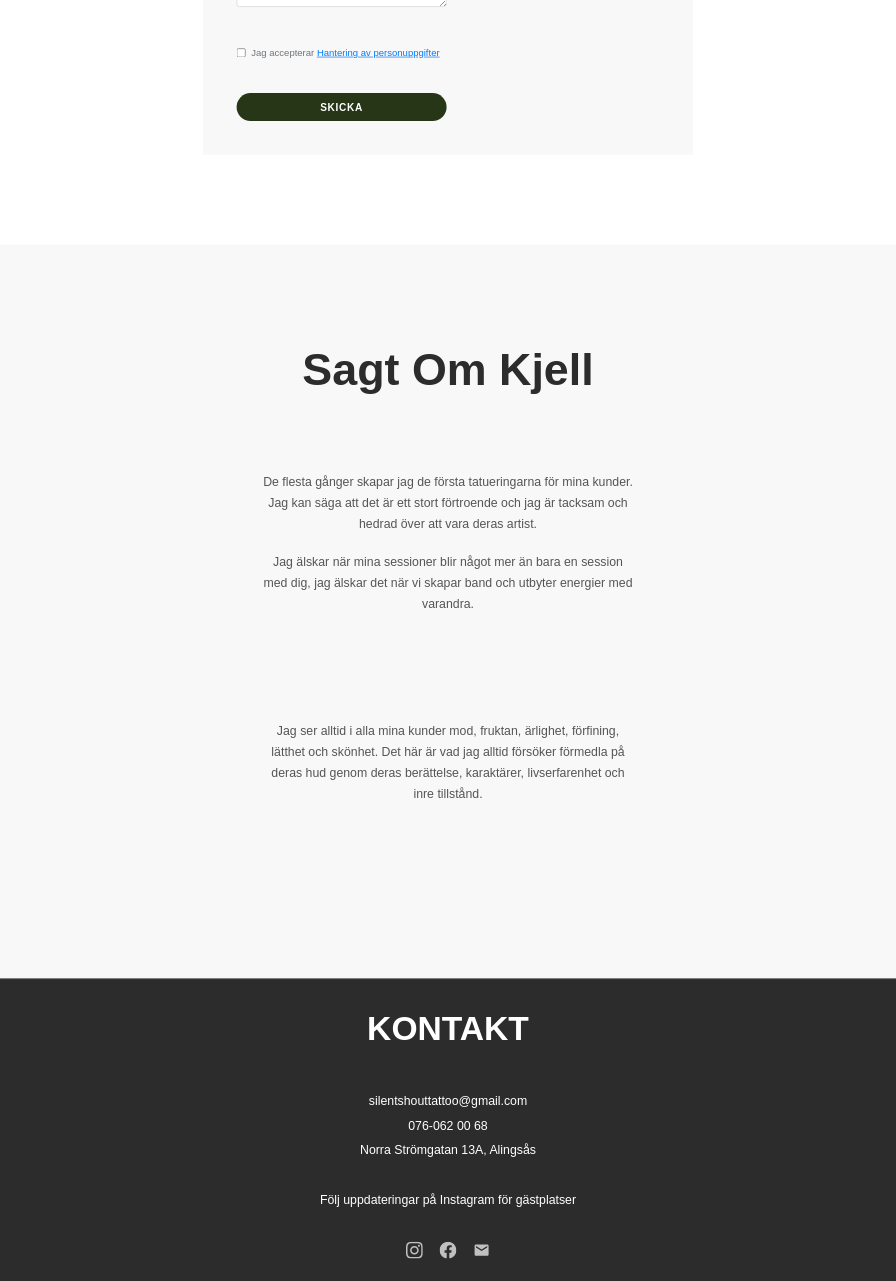
Repository: public-websites/silentshouttattoose
Page: index.html
An editor plug-in stored every save of this project. The page is shown before and after the next save, followed by the edit.
The browser window is 1280 px wide. The pictures show the part of the page from y = 4340 to 6260 px (the page is 6170 px tall before and 6260 px after), at 70% of full size.

Above is the page before, as saved 2025-06-26 09:12:00.

### index.html
<!DOCTYPE html>
<html lang="sv">
<head>
    <meta charset="UTF-8">
    <meta name="viewport" content="width=device-width, initial-scale=1.0">
    <title>Silent Shout - Den omtänksamma studion</title>
    <link rel="stylesheet" href="styles.css">
</head>
<body>
    <header class="social-header">
        <div class="container">
            <div class="social-icons">
                <a href="https://instagram.com" target="_blank" class="social-icon" aria-label="Instagram">
                    <svg viewBox="0 0 24 24" fill="currentColor">
                        <path d="M12 2.163c3.204 0 3.584.012 4.85.07 3.252.148 4.771 1.691 4.919 4.919.058 1.265.069 1.645.069 4.849 0 3.205-.012 3.584-.069 4.849-.149 3.225-1.664 4.771-4.919 4.919-1.266.058-1.644.07-4.85.07-3.204 0-3.584-.012-4.849-.07-3.26-.149-4.771-1.699-4.919-4.92-.058-1.265-.07-1.644-.07-4.849 0-3.204.013-3.583.07-4.849.149-3.227 1.664-4.771 4.919-4.919 1.266-.057 1.645-.069 4.849-.069zm0-2.163c-3.259 0-3.667.014-4.947.072-4.358.2-6.78 2.618-6.98 6.98-.059 1.281-.073 1.689-.073 4.948 0 3.259.014 3.668.072 4.948.2 4.358 2.618 6.78 6.98 6.98 1.281.058 1.689.072 4.948.072 3.259 0 3.668-.014 4.948-.072 4.354-.2 6.782-2.618 6.979-6.98.059-1.28.073-1.689.073-4.948 0-3.259-.014-3.667-.072-4.947-.196-4.354-2.617-6.78-6.979-6.98-1.281-.059-1.69-.073-4.949-.073zm0 5.838c-3.403 0-6.162 2.759-6.162 6.162s2.759 6.163 6.162 6.163 6.162-2.759 6.162-6.163c0-3.403-2.759-6.162-6.162-6.162zm0 10.162c-2.209 0-4-1.79-4-4 0-2.209 1.791-4 4-4s4 1.791 4 4c0 2.21-1.791 4-4 4zm6.406-11.845c-.796 0-1.441.645-1.441 1.44s.645 1.44 1.441 1.44c.795 0 1.439-.645 1.439-1.44s-.644-1.44-1.439-1.44z"/>
                    </svg>
                </a>
                <a href="https://facebook.com" target="_blank" class="social-icon" aria-label="Facebook">
                    <svg viewBox="0 0 24 24" fill="currentColor">
                        <path d="M24 12.073c0-6.627-5.373-12-12-12s-12 5.373-12 12c0 5.99 4.388 10.954 10.125 11.854v-8.385H7.078v-3.47h3.047V9.43c0-3.007 1.792-4.669 4.533-4.669 1.312 0 2.686.235 2.686.235v2.953H15.83c-1.491 0-1.956.925-1.956 1.874v2.25h3.328l-.532 3.47h-2.796v8.385C19.612 23.027 24 18.062 24 12.073z"/>
                    </svg>
                </a>
                <a href="mailto:info@inksoul.se" class="social-icon" aria-label="Email">
                    <svg viewBox="0 0 24 24" fill="currentColor">
                        <path d="M20 4H4c-1.1 0-1.99.9-1.99 2L2 18c0 1.1.9 2 2 2h16c1.1 0 2-.9 2-2V6c0-1.1-.9-2-2-2zm0 4l-8 5-8-5V6l8 5 8-5v2z"/>
                    </svg>
                </a>
            </div>
        </div>
    </header>

    <section class="hero">
        <div class="container">
            <div class="hero-text">
                <p class="hero-quote">Jag känner din energi och överför den till den dyraste duken i världen –</p>
                <h1 class="studio-name">Silent<br>Shout</h1>
                <p class="studio-tagline">Tatueringsartist & konstnär</p>
                <p class="location">Baserad i Alingsås</p>
                <a href="#booking" class="cta-button">Skicka förfrågan</a>
            </div>
        </div>
    </section>

    <section class="story-section">
        <div class="container">
            <div class="story-content fade-in">
                <p class="story-text">
                    Jag älskar att arbeta med människor och skapa något från noll som kommer att finnas kvar för alltid på den mänskliga kroppen.
                    Jag gör freehand och freestyle-tatueringar – det handlar om frihet och känsla.
                </p>
                <p class="story-text">
                    Alla har sin egen speciella energi som jag läser under våra första 15 minuter när vi träffas:
                    Hur du ler, hur du pratar, hur du känner dig. Då kommer en bild i mitt huvud där jag redan kan se den framtida designen för ditt projekt.
                </p>
                <p class="story-highlight">
                    Processen för mig är alltid som om vi dansar och känner varandra, och då kommer något unikt för dig och för mig.
                </p>
            </div>
        </div>
    </section>

    <section class="large-text-section">
        <div class="container">
            <h2 class="large-text split fade-in">
                Känsligt
                <span>Käns-</span>
                <span>Ligt</span>
            </h2>
        </div>

        <!-- Animated GIF Element -->
        <div class="animated-gif">
            <img src="https://media2.giphy.com/media/v1.Y2lkPTc5MGI3NjExbzJpbTR2cWllN2oxamhwMTZ6MjFmYzZ1czZ1b2Y0cXg3MmRrZDRkbiZlcD12MV9pbnRlcm5hbF9naWZfYnlfaWQmY3Q9Zw/3ohs7UJi7uqAcquQoM/giphy.gif" alt="Animated line drawing" />
        </div>
    </section>

    <section class="philosophy-section">
        <div class="container">
            <p class="philosophy-text fade-in">
                Förtroende för artisten börjar med förtroende för världen. Mitt mål är att inspirera tro på dig själv,
                framtiden och livet självt genom tatueringar. Jag vill förmedla ett budskap genom min konst att du är fri och fri alltid och överallt.
            </p>
        </div>
    </section>

    <section class="large-text-section">
        <div class="container">
            <h2 class="large-text split fade-in">
                Din
                <span>Värde-</span>
                <span>Fulla</span>
            </h2>
        </div>

        <!-- Animated SVG Drawing Element -->
        <div class="animated-drawing">
            <svg viewBox="0 0 200 200" xmlns="http://www.w3.org/2000/svg">
                <path d="M50,100 Q100,50 150,100 Q100,150 50,100" />
                <path d="M80,70 Q100,90 120,70 Q100,50 80,70" />
                <path d="M80,130 Q100,110 120,130 Q100,150 80,130" />
                <path d="M100,80 L100,120 M80,100 L120,100" />
            </svg>
        </div>
    </section>

    <section class="booking-section" id="booking">
        <div class="container">
            <h2 class="booking-title fade-in">Låt oss vibba tillsammans</h2>
            <div class="form-container fade-in">
                <div class="form-intro">
                    <h3>Skapa din historia</h3>
                    <p>Berätta för mig om din vision, din energi, din berättelse. Jag kommer att skapa något unikt bara för dig.</p>
                </div>

                <!-- Profil och kontaktinfo sida vid sida -->
                <div class="profile-contact-row">
                    <div class="profile-image-wrapper">
                        <img src="profile.jpg" alt="Silent Shout Tattoo Artist" class="profile-image">
                    </div>
                    <div class="profile-contact-info">
                        <div class="contact-info-section">
                            <h4>Telefon</h4>
                            <p><a href="tel:0760620068">076-062 00 68</a></p>
                        </div>
                        <div class="contact-info-section">
                            <h4>E-post</h4>
                            <p><a href="mailto:silentshouttattoo@gmail.com">silentshouttattoo@gmail.com</a></p>
                        </div>
                        <div class="opening-hours">
                            <h4>Öppettider</h4>
                            <p>Vardagar 10.00 — 17.00</p>
                            <p>Lördagar vid bokad tid</p>
                        </div>
                    </div>
                </div>

                <!-- Form Toggle Buttons -->
                <div class="form-toggle">
                    <button class="toggle-btn active" data-form="custom">Snabbformulär</button>
                    <button class="toggle-btn" data-form="google">Detaljerat Formulär</button>
                </div>

                <!-- Custom Form -->
                <form class="custom-form" id="contactForm">
                    <div class="form-intro">
                        <h3>Har du frågor eller vill du boka tid? Fyll i formuläret så kontaktar vi dig så fort vi kan.</h3>
                    </div>

                    <div class="form-fields">
                        <div class="form-row">
                            <div class="form-group">
                                <label for="name">Namn</label>
                                <input type="text" id="name" name="name" required>
                            </div>

                            <div class="form-group">
                                <label for="email">E-post</label>
                                <input type="email" id="email" name="email" required>
                            </div>
                        </div>

                        <div class="form-row">
                            <div class="form-group">
                                <label for="phone">Telefon</label>
                                <input type="tel" id="phone" name="phone">
                            </div>

                            <div class="form-group">
                                <label for="message">Meddelande</label>
                                <textarea id="message" name="message" rows="4"></textarea>
                            </div>
                        </div>

                        <div class="checkbox-group">
                            <input type="checkbox" id="privacy" name="privacy" required>
                            <label for="privacy">
                                Jag accepterar <a href="#" target="_blank">Hantering av personuppgifter</a>
                            </label>
                        </div>

                        <button type="submit" class="submit-button">SKICKA</button>
                    </div>
                </form>

                <!-- Google Forms Container -->
                <div class="google-form-container" style="display: none;">
                    <div class="form-loading" id="formLoading">
                        <div class="spinner"></div>
                        <p>laddar formulär...</p>
                    </div>

                    <iframe
                        src="https://docs.google.com/forms/d/e/1FAIpQLSe5F3VtygnRylmXwHNeTswBMIdDoRpoEf7FgPYu2_uIHeA4zQ/viewform?embedded=true&vc=0&c=0&w=1&flr=0"
                        frameborder="0"
                        marginheight="0"
                        marginwidth="0"
                        onload="hideLoading()"
                        style="display: none;"
                        id="bookingForm">
                        Laddar...
                    </iframe>
                </div>
            </div>
        </div>
    </section>

    <section class="stories-section">
        <div class="container">
            <h2 class="stories-title fade-in">Sagt om Kjell</h2>

            <div class="story-card fade-in">
                <p>
                    De flesta gånger skapar jag de första tatueringarna för mina kunder. Jag kan säga att det är ett stort förtroende och jag är tacksam och hedrad över att vara deras artist.
                </p>
                <p>
                    Jag älskar när mina sessioner blir något mer än bara en session med dig, jag älskar det när vi skapar band och utbyter energier med varandra.
                </p>
            </div>

            <div class="story-card fade-in">
                <p>
                    Jag ser alltid i alla mina kunder mod, fruktan, ärlighet, förfining, lätthet och skönhet.
                    Det här är vad jag alltid försöker förmedla på deras hud genom deras berättelse, karaktärer, livserfarenhet och inre tillstånd.
                </p>
            </div>
        </div>
    </section>

    <footer class="social-footer">
        <div class="container">
            <h2 class="contact-title">Kontakt</h2>
            <div class="contact-info">
                <p><a href="mailto:silentshouttattoo@gmail.com">silentshouttattoo@gmail.com</a></p>
                <p><a href="tel:0760620068">076-062 00 68</a></p>
                <p>Norra Strömgatan 13A, Alingsås</p>
                <br>
                <p style="padding-bottom: 1.5em;"><a href="https://instagram.com" target="_blank">Följ uppdateringar på Instagram för gästplatser</a></p>
            </div>
            <div class="social-icons">
                <a href="https://instagram.com" target="_blank" class="social-icon" aria-label="Instagram">
                    <svg viewBox="0 0 24 24" fill="currentColor">
                        <path d="M12 2.163c3.204 0 3.584.012 4.85.07 3.252.148 4.771 1.691 4.919 4.919.058 1.265.069 1.645.069 4.849 0 3.205-.012 3.584-.069 4.849-.149 3.225-1.664 4.771-4.919 4.919-1.266.058-1.644.07-4.85.07-3.204 0-3.584-.012-4.849-.07-3.26-.149-4.771-1.699-4.919-4.92-.058-1.265-.07-1.644-.07-4.849 0-3.204.013-3.583.07-4.849.149-3.227 1.664-4.771 4.919-4.919 1.266-.057 1.645-.069 4.849-.069zm0-2.163c-3.259 0-3.667.014-4.947.072-4.358.2-6.78 2.618-6.98 6.98-.059 1.281-.073 1.689-.073 4.948 0 3.259.014 3.668.072 4.948.2 4.358 2.618 6.78 6.98 6.98 1.281.058 1.689.072 4.948.072 3.259 0 3.668-.014 4.948-.072 4.354-.2 6.782-2.618 6.979-6.98.059-1.28.073-1.689.073-4.948 0-3.259-.014-3.667-.072-4.947-.196-4.354-2.617-6.78-6.979-6.98-1.281-.059-1.69-.073-4.949-.073zm0 5.838c-3.403 0-6.162 2.759-6.162 6.162s2.759 6.163 6.162 6.163 6.162-2.759 6.162-6.163c0-3.403-2.759-6.162-6.162-6.162zm0 10.162c-2.209 0-4-1.79-4-4 0-2.209 1.791-4 4-4s4 1.791 4 4c0 2.21-1.791 4-4 4zm6.406-11.845c-.796 0-1.441.645-1.441 1.44s.645 1.44 1.441 1.44c.795 0 1.439-.645 1.439-1.44s-.644-1.44-1.439-1.44z"/>
                    </svg>
                </a>
                <a href="https://facebook.com" target="_blank" class="social-icon" aria-label="Facebook">
                    <svg viewBox="0 0 24 24" fill="currentColor">
                        <path d="M24 12.073c0-6.627-5.373-12-12-12s-12 5.373-12 12c0 5.99 4.388 10.954 10.125 11.854v-8.385H7.078v-3.47h3.047V9.43c0-3.007 1.792-4.669 4.533-4.669 1.312 0 2.686.235 2.686.235v2.953H15.83c-1.491 0-1.956.925-1.956 1.874v2.25h3.328l-.532 3.47h-2.796v8.385C19.612 23.027 24 18.062 24 12.073z"/>
                    </svg>
                </a>
                <a href="mailto:info@inksoul.se" class="social-icon" aria-label="Email">
                    <svg viewBox="0 0 24 24" fill="currentColor">
                        <path d="M20 4H4c-1.1 0-1.99.9-1.99 2L2 18c0 1.1.9 2 2 2h16c1.1 0 2-.9 2-2V6c0-1.1-.9-2-2-2zm0 4l-8 5-8-5V6l8 5 8-5v2z"/>
                    </svg>
                </a>
            </div>
        </div>
    </footer>

    <script src="script.js"></script>
</body>
</html>

Loaded but not shown: script.js (92 lines, source omitted); styles.css (845 lines, source omitted)

After the next save:
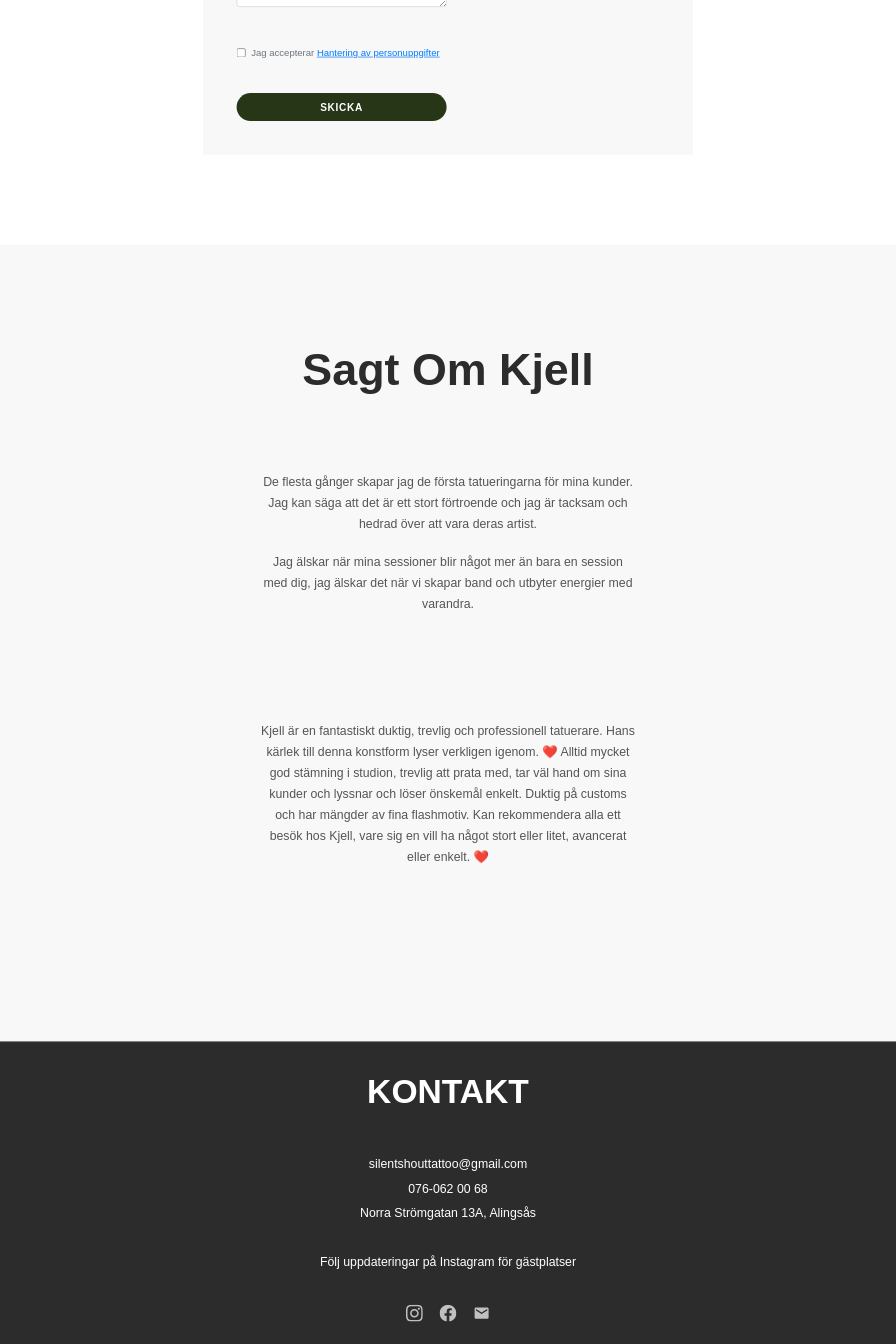
Saved 2 min 52 s later.
--- a/index.html
+++ b/index.html
@@ -219,8 +219,11 @@
 
             <div class="story-card fade-in">
                 <p>
-                    Jag ser alltid i alla mina kunder mod, fruktan, ärlighet, förfining, lätthet och skönhet.
-                    Det här är vad jag alltid försöker förmedla på deras hud genom deras berättelse, karaktärer, livserfarenhet och inre tillstånd.
+                    Kjell är en fantastiskt duktig, trevlig och professionell tatuerare. Hans kärlek till denna konstform lyser verkligen igenom. ❤️
+Alltid mycket god stämning i studion, trevlig att prata med, tar väl hand om sina kunder och lyssnar och löser önskemål enkelt.
+Duktig på customs och har mängder av fina flashmotiv.
+
+Kan rekommendera alla ett besök hos Kjell, vare sig en vill ha något stort eller litet, avancerat eller enkelt. ❤️
                 </p>
             </div>
         </div>
